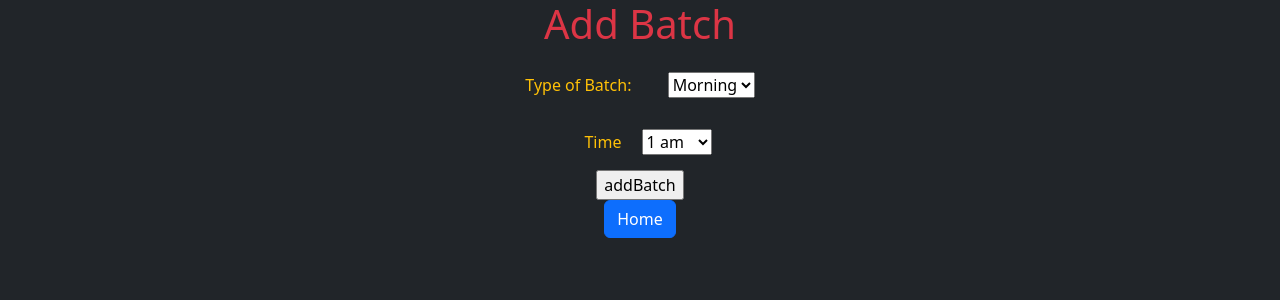
Repository: Jannis-Buschhaus/simplilearn-assessment-phase2
Page: http://localhost/FunfitWebapp/addBatch.jsp
These files come from the project's save history. The page is drawn as it stood at one moment and after the next save; the edit follows.
The browser window is 1280 px wide. The pictures show the whole page.
The page is served by Tomcat 9. Other server files are loaded and not shown.

Above is the page before, as saved 2024-05-30 14:28:53.

### FunfitWebapp/src/main/webapp/addBatch.jsp
<%@ page language="java" contentType="text/html; charset=UTF-8"
    pageEncoding="UTF-8"%>
<!DOCTYPE html>
<html>
<head>
<meta charset="UTF-8">
<title>Add Batch</title>
<link href="https://cdn.jsdelivr.net/npm/bootstrap@5.3.3/dist/css/bootstrap.min.css" rel="stylesheet" integrity="sha384-QWTKZyjpPEjISv5WaRU9OFeRpok6YctnYmDr5pNlyT2bRjXh0JMhjY6hW+ALEwIH" crossorigin="anonymous">
</head>
<body class="bg-dark">
	<h1 class="text-danger text-center">Add Batch</h1>
	<div class="text-center">
		<form action="BatchController" method="post">
		<label class="text-warning m-3" for="typeOfBatch">Type of Batch: </label>
		<select class="m-3" name="typeOfBatch">
			<option value="morning">Morning</option>
			<option value="evening">Evening</option>
		</select><br/>
		<label class="text-warning m-3" for="time">Time</label>
		<select name="time">
			<% for(int i=1; i<=12; i++){ %>
				<option value="<%=i%>am"><%=i%> am</option>
			<% }%>
			<% for(int i=1; i<=12; i++){ %>
				<option value="<%=i%>pm"><%=i%> pm</option>
			<% }%>
		</select><br />
		<input type="submit" value="addBatch" />
		</form>
		<a  class="btn btn-primary" href="index.jsp">Home</a>
	</div>
</body>
</html>

After the next save:
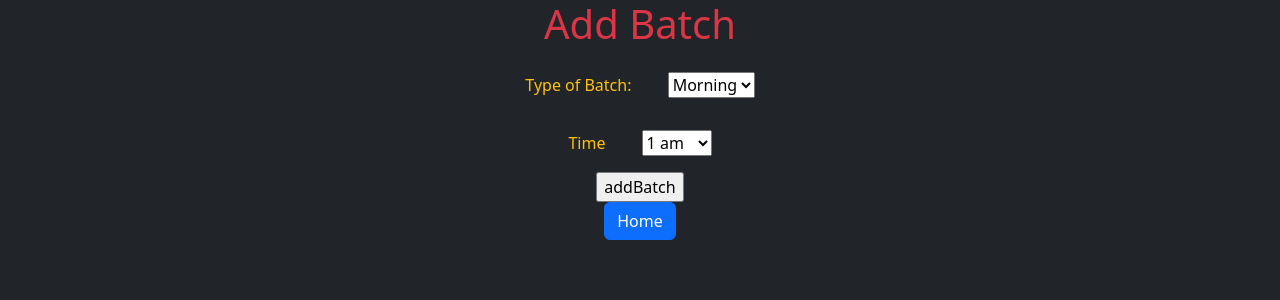
Saved 7 s later.
--- a/FunfitWebapp/src/main/webapp/addBatch.jsp
+++ b/FunfitWebapp/src/main/webapp/addBatch.jsp
@@ -17,7 +17,7 @@
 			<option value="evening">Evening</option>
 		</select><br/>
 		<label class="text-warning m-3" for="time">Time</label>
-		<select name="time">
+		<select class="m-3" name="time">
 			<% for(int i=1; i<=12; i++){ %>
 				<option value="<%=i%>am"><%=i%> am</option>
 			<% }%>
